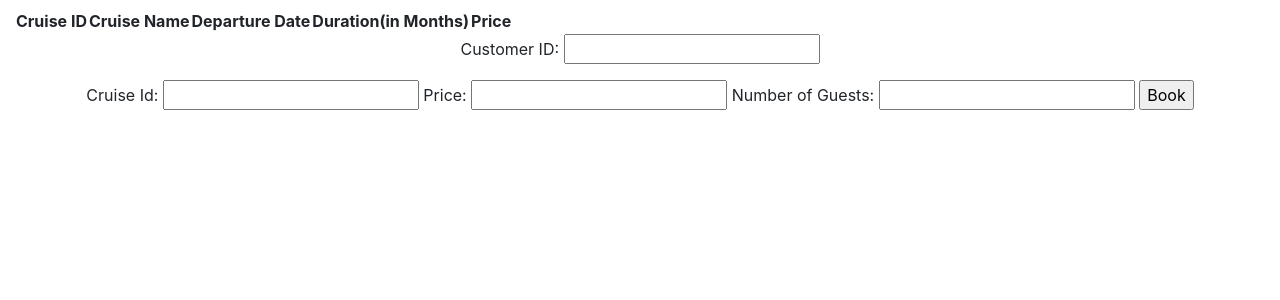
Repository: hassaanbk/CruiseBookingAndManaging
Page: http://localhost/booking
These files come from the project's save history. The page is drawn as it stood at one moment and after the next save; the edit follows.
The browser window is 1280 px wide. The pictures show the whole page.
The page is this project's Thymeleaf template; nobody is signed in. The template is opened directly, without the code that normally fills it, so the values that code supplies are empty.

Above is the page before, as saved 2022-12-13 04:43:48.

After the next save:
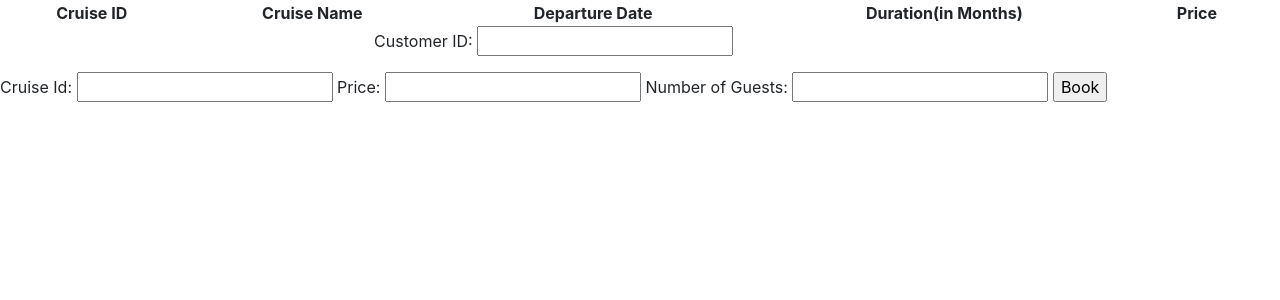
Saved 35 s later.
--- a/CustomerMicroService/src/main/resources/templates/booking.html
+++ b/CustomerMicroService/src/main/resources/templates/booking.html
@@ -11,9 +11,9 @@
 
 </head>
 
-<body class="container-fluid text-center">
+<body class="container-fluid text-center row">
 <h1 th:text="${customer.custId}"></h1>
-<table>
+<table class="col-12">
 
         <thead>
 
